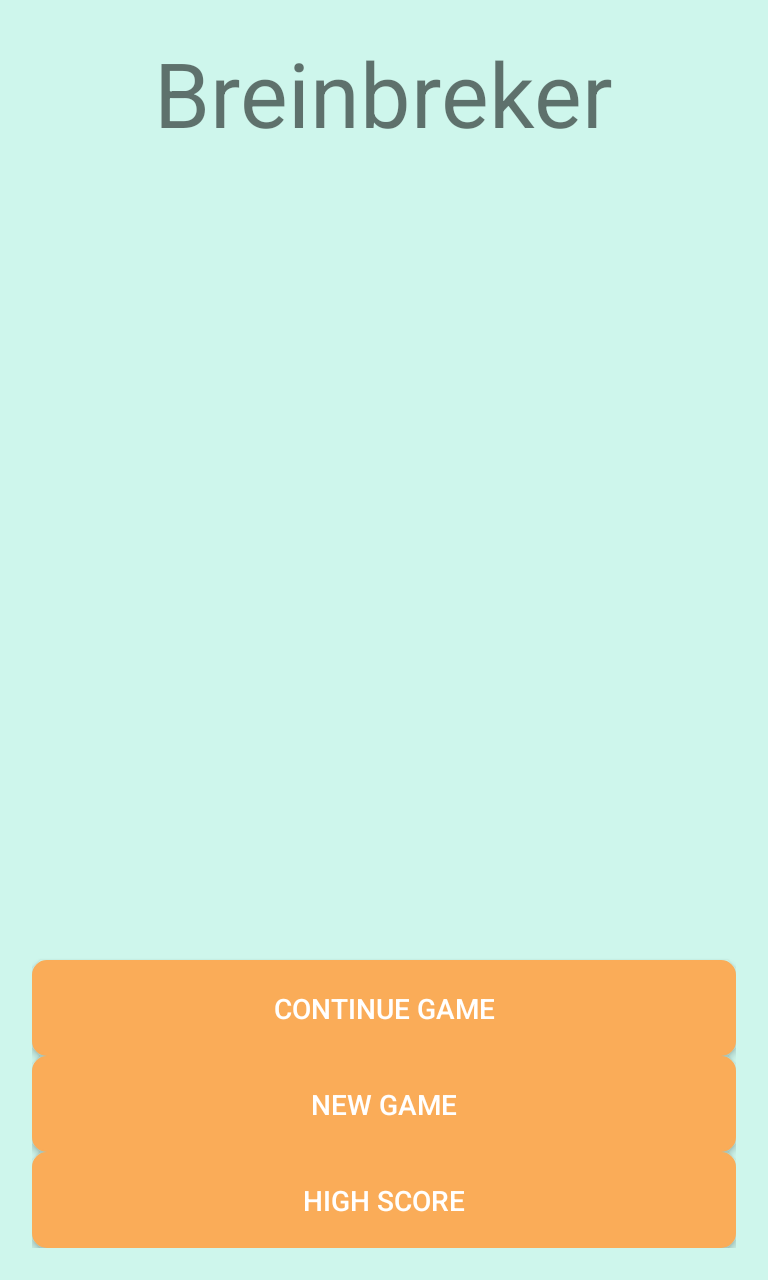
Repository: jelleswester/Breinbreker
Layout: Breinbreker/res/layout/activity_start_screen.xml
The author's editor kept a copy of each file at every save. The layout is drawn from the files as they stood at one save, then again after the next save.
It is drawn on a 768 x 1280 px phone screen (xhdpi) without system bars, with theme AppTheme; the app's code is not run.

Above is the layout before, as saved 2015-01-22 20:44:42.

### Breinbreker/res/layout/activity_start_screen.xml
<RelativeLayout xmlns:android="http://schemas.android.com/apk/res/android"
    xmlns:tools="http://schemas.android.com/tools"
    android:layout_width="match_parent"
    android:layout_height="match_parent"
    android:paddingBottom="@dimen/activity_vertical_margin"
    android:paddingLeft="@dimen/activity_horizontal_margin"
    android:paddingRight="@dimen/activity_horizontal_margin"
    android:paddingTop="@dimen/activity_vertical_margin"
    android:background="#CEF6EC"
    tools:context="nl.mprog.jelleswester.breinbreker.StartScreenActivity" >

    <TextView
        android:id="@+id/textView1"
        android:layout_width="wrap_content"
        android:layout_height="wrap_content"
        android:layout_alignParentTop="true"
        android:layout_centerHorizontal="true"
        android:text="@string/brein_breker"
        android:textSize="45sp" />

    <Button
        android:id="@+id/highScoreButton"
        android:layout_width="fill_parent"
        android:layout_height="wrap_content"
        android:layout_alignParentBottom="true"
        android:layout_centerHorizontal="true"
        android:onClick="highScoreButton"
        android:background="@drawable/button_shape"
        android:textColor="@color/white"
        android:text="@string/high_score" />

    <Button
        android:id="@+id/newGameButton"
        android:layout_width="fill_parent"
        android:layout_height="wrap_content"
        android:layout_above="@+id/highScoreButton"
        android:layout_alignLeft="@+id/highScoreButton"
        android:onClick="startButton"
        android:background="@drawable/button_shape"
        android:textColor="@color/white"
        android:text="@string/new_game" />

    <Button
        android:id="@+id/continueGameButton"
        android:layout_width="fill_parent"
        android:layout_height="wrap_content"
        android:layout_above="@+id/newGameButton"
        android:layout_alignLeft="@+id/newGameButton"
        android:onClick="startButton"
        android:background="@drawable/button_shape"
        android:textColor="@color/white"
        android:text="@string/continue_game" />

</RelativeLayout>

### Breinbreker/res/values/strings.xml
<?xml version="1.0" encoding="utf-8"?>
<resources>

    <string name="app_name">Breinbreker</string>
    <string name="hello_world">Hello world!</string>
    <string name="action_settings">Settings</string>
    <string name="title_activity_game_play">GamePlay</string>
    <string name="title_activity_high_score">HighScore</string>
    <string name="title_activity_you_won">YouWon</string>
    <string name="brein_breker">Breinbreker</string>
    <string name="start_game">START</string>
    <string name="high_score">High Score</string>
    <string name="back">Back</string>
    <string name="confirm">Confirm</string>
    <string name="you_won">You Won</string>
    <string name="congratulations">Congratulations!</string>
    <string name="high_score_entry">Please enter your name for your high score:</string>
    <string name="example_name">Bob</string>
    <string name="example_high_score">1.    Bob               03:59:15</string>
    <string name="characters">AAAA</string>
    <string name="symbol">+</string>
    <string name="symbol_equal">=</string>
    <string name="text">1234</string>
    <string name="continue_game">Continue Game</string>
    <string name="new_game">New Game</string>


</resources>

### Breinbreker/res/drawable-hdpi/button_shape.xml
<?xml version="1.0" encoding="UTF-8"?>
<shape
    xmlns:android="http://schemas.android.com/apk/res/android">
    <stroke
        android:width="1dp"
        android:color="#FAAC58"/>
    <corners
        android:radius="7dp" />

    <padding
        android:left="1dp"
        android:right="1dp"
        android:top="1dp"
        android:bottom="1dp"/>

    <solid android:color="#FAAC58"/>

</shape>

### Breinbreker/res/values/color.xml
<?xml version="1.0" encoding="utf-8"?>
<resources>
    <item name="white" type="color">#FFFFFF</item>
</resources>

Loaded but not shown: Breinbreker/res/values/styles.xml (common file); Breinbreker/res/values-v11/styles.xml (common file); Breinbreker/res/values-v14/styles.xml (common file); Breinbreker/res/values/dimens.xml (common file); Breinbreker/res/values-w820dp/dimens.xml (common file)

After the next save:
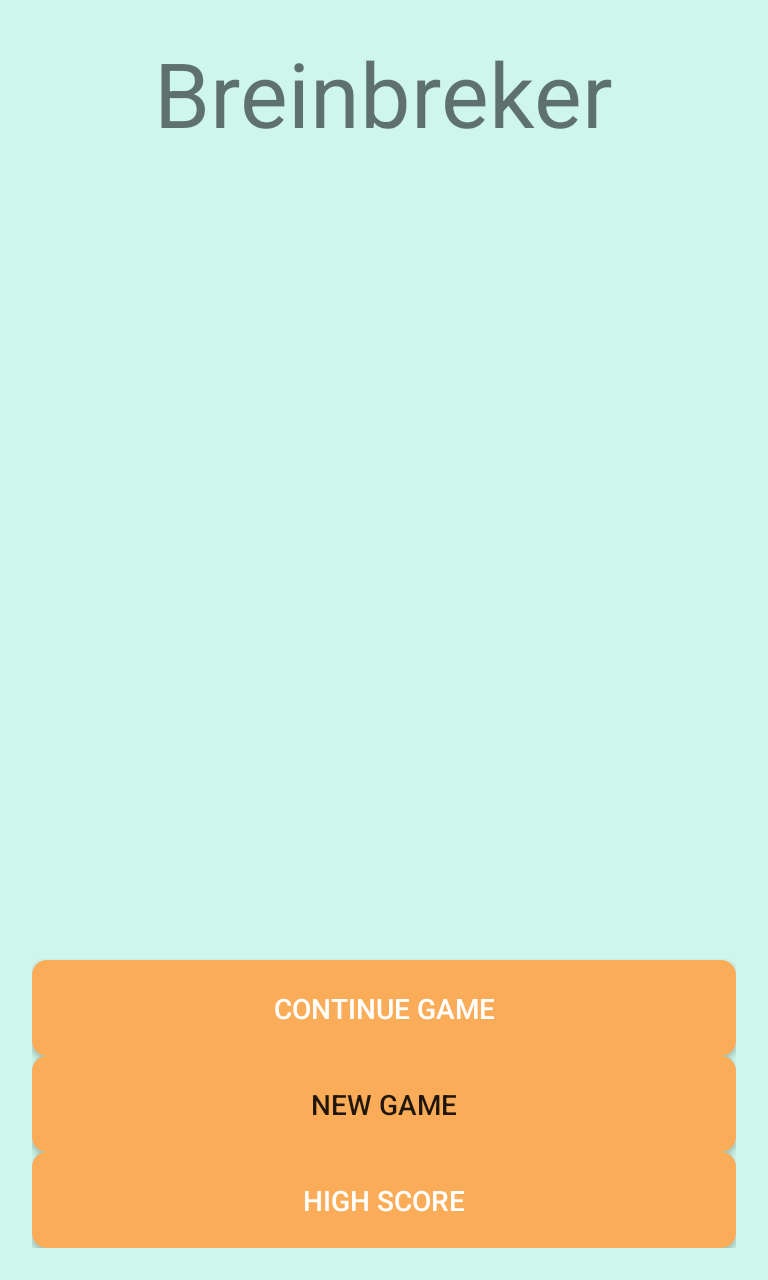
Saved 8 s later.
--- a/Breinbreker/res/layout/activity_start_screen.xml
+++ b/Breinbreker/res/layout/activity_start_screen.xml
@@ -37,7 +37,6 @@
         android:layout_alignLeft="@+id/highScoreButton"
         android:onClick="startButton"
         android:background="@drawable/button_shape"
-        android:textColor="@color/white"
         android:text="@string/new_game" />
 
     <Button
